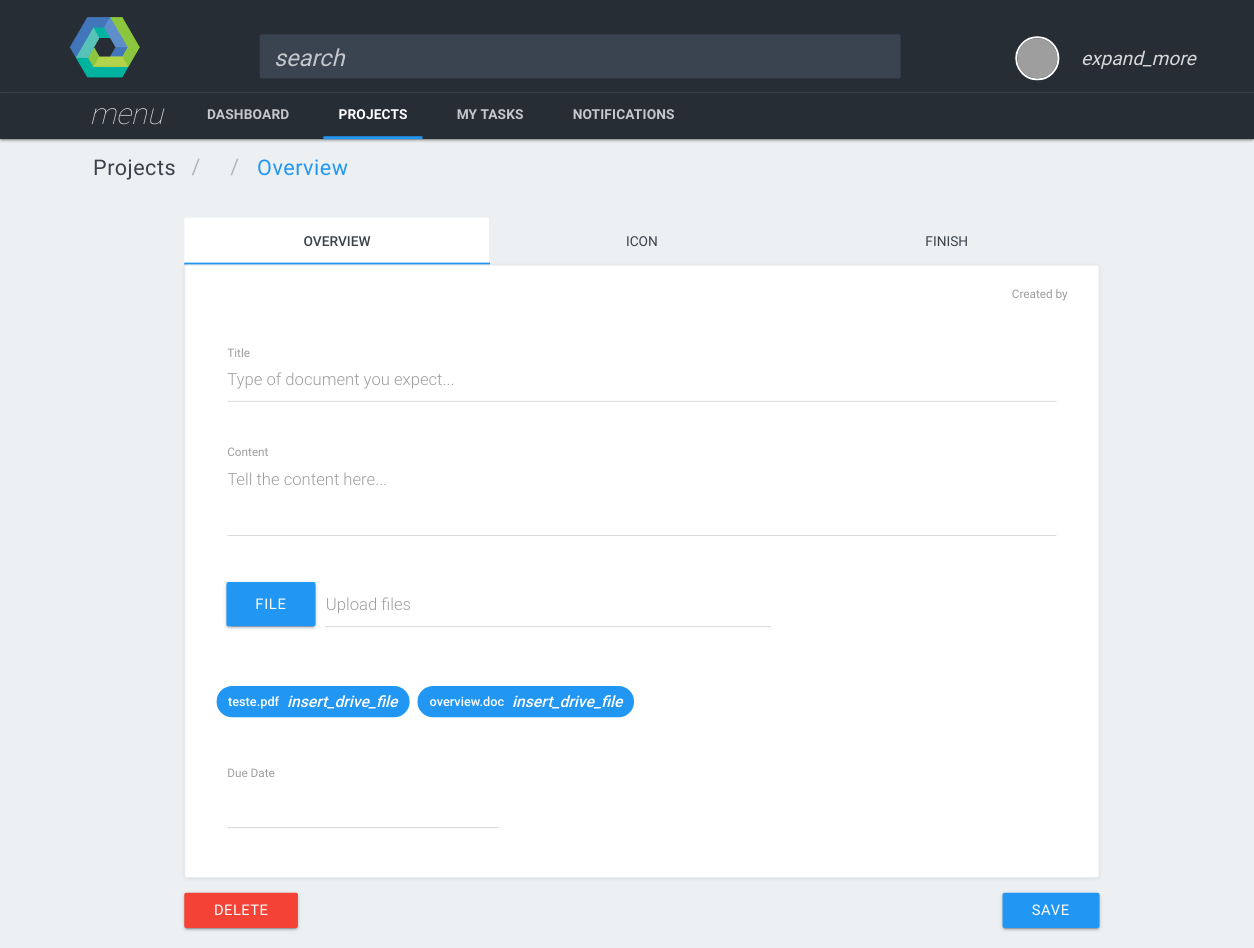
Repository: RenanChagas/ProjectManagement
Page: http://localhost/finalproject/WEB-INF/views/projectDetail.jsp
The author's editor kept a copy of each file at every save. The page is drawn from the files as they stood at one save, then again after the next save.
The browser window is 1280 px wide. The pictures show the whole page, at 98% of full size.
Pictures or frames that could not be fetched are drawn as grey boxes. The page is served by Tomcat 9. Nobody is signed in. The template is opened directly, without the code that normally fills it, so the values that code supplies are empty.

Above is the page before, as saved 2017-11-24 02:05:18.

After the next save:
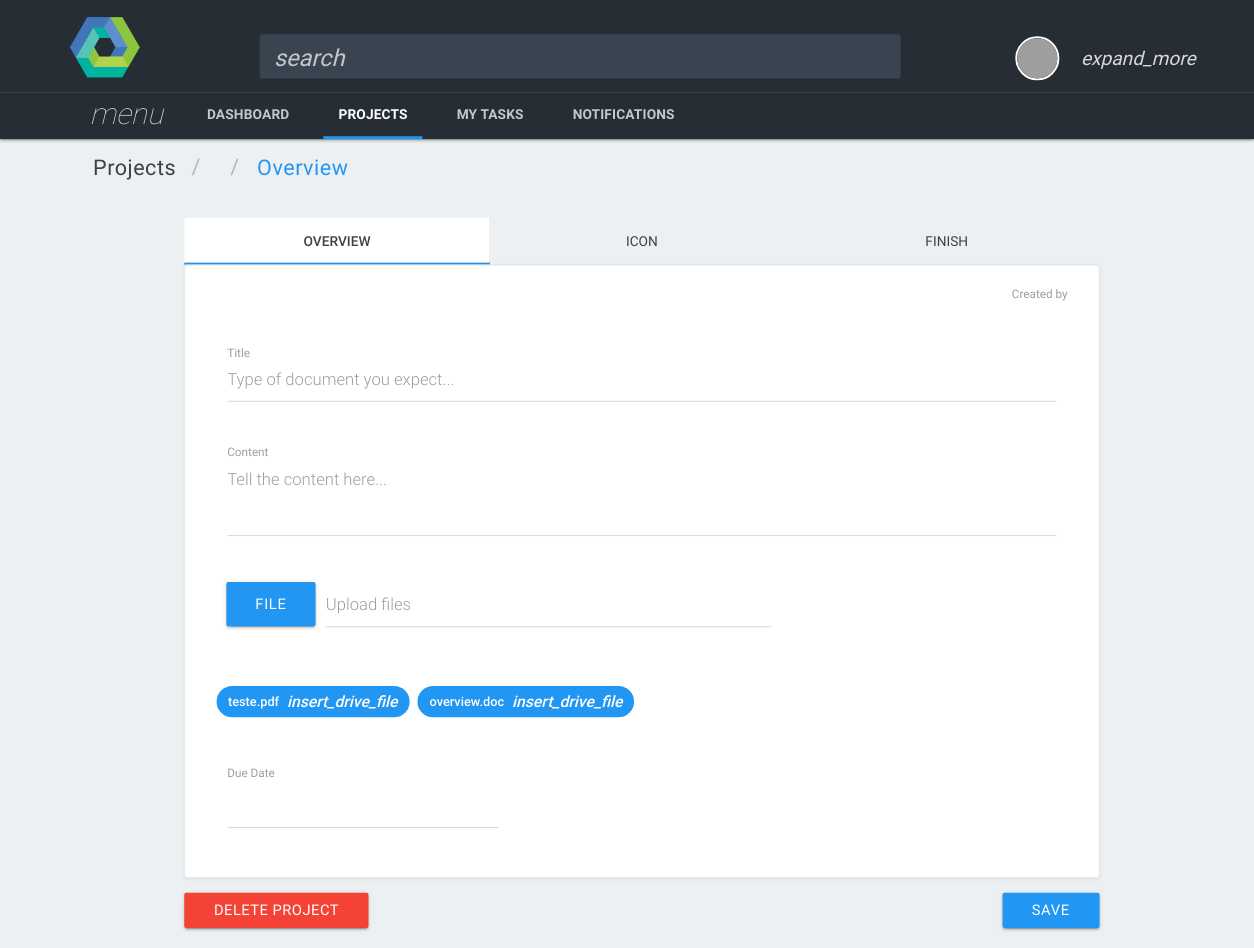
Saved 40 h 35 min later.
--- a/finalproject/src/main/webapp/WEB-INF/views/projectDetail.jsp
+++ b/finalproject/src/main/webapp/WEB-INF/views/projectDetail.jsp
@@ -488,7 +488,7 @@
 	        Save
 	        </button>
 	       	<a  href="<c:url value="/deleteProject?id=${project.id}" />"
-				class="waves-effect waves-light btn red left">Delete</a>
+				class="waves-effect waves-light btn red left">Delete Project</a>
         </div>
         <!-- CONTEUDO -->
 	</div>
